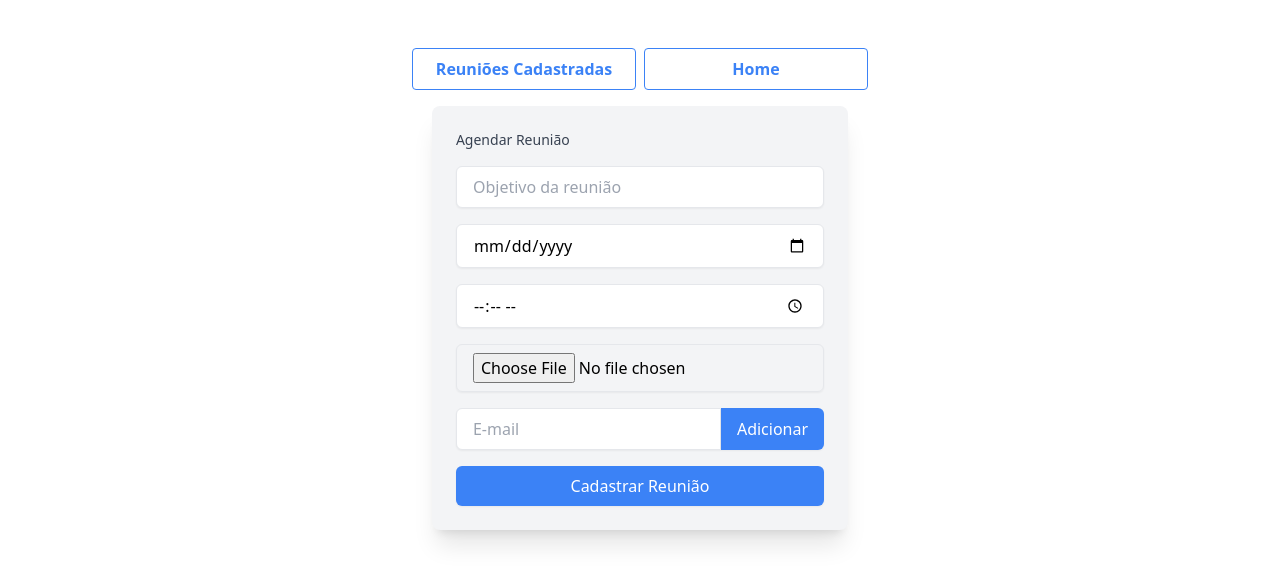
Repository: TamiBeira/meeting
Page: /form
The author's editor kept a copy of each file at every save. The page is drawn from the files as they stood at one save, then again after the next save.
The browser window is 1280 px wide. The pictures show the whole page.
The project was rebuilt for these pictures with package versions that can differ from the ones it lists, and the page was loaded fresh each time. Also part of the build but not shown: vite.config.ts, src/contexts/MeetingsContext.tsx, src/components/MeetingsView.tsx, src/components/HomePage.tsx.

Above is the page before, as saved 2024-02-26 23:53:49.

After the next save:
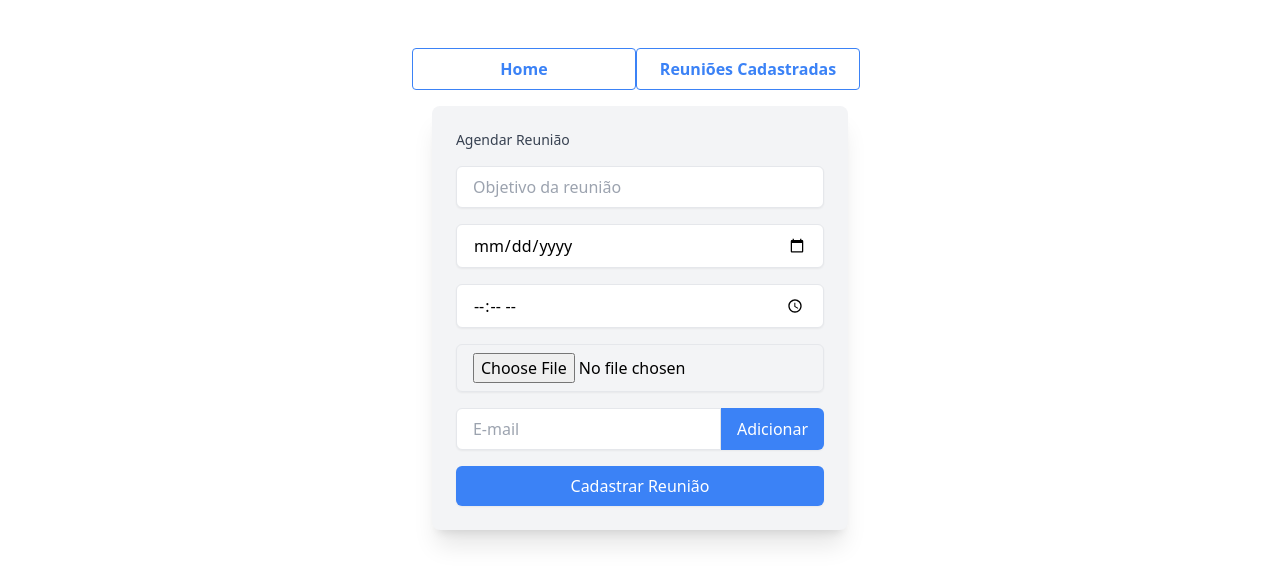
Saved 16 s later.
--- a/src/components/Form.tsx
+++ b/src/components/Form.tsx
@@ -22,8 +22,8 @@ export const Form = () => {
   return (
     <main className="flex flex-col items-center mt-8">
       <div className="mt-4 mb-4">
+        <Link to="/" className="w-56 inline-block text-center border border-solid border-blue-500 text-blue-500 font-bold px-4 py-2 rounded">Home</Link>
         <Link to="/meetings" className="w-56 inline-block text-center border border-solid border-blue-500 text-blue-500 font-bold mr-2 px-4 py-2 rounded">Reuniões Cadastradas</Link>
-        <Link to="/" className="w-56 inline-block text-center border border-solid border-blue-500 text-blue-500 font-bold px-4 py-2 rounded">Home</Link>
       </div>
       <div className="mx-auto max-w-md p-6 bg-gray-100 rounded-lg shadow-xl">
         <form onSubmit={handleSubmit} className="space-y-4">
